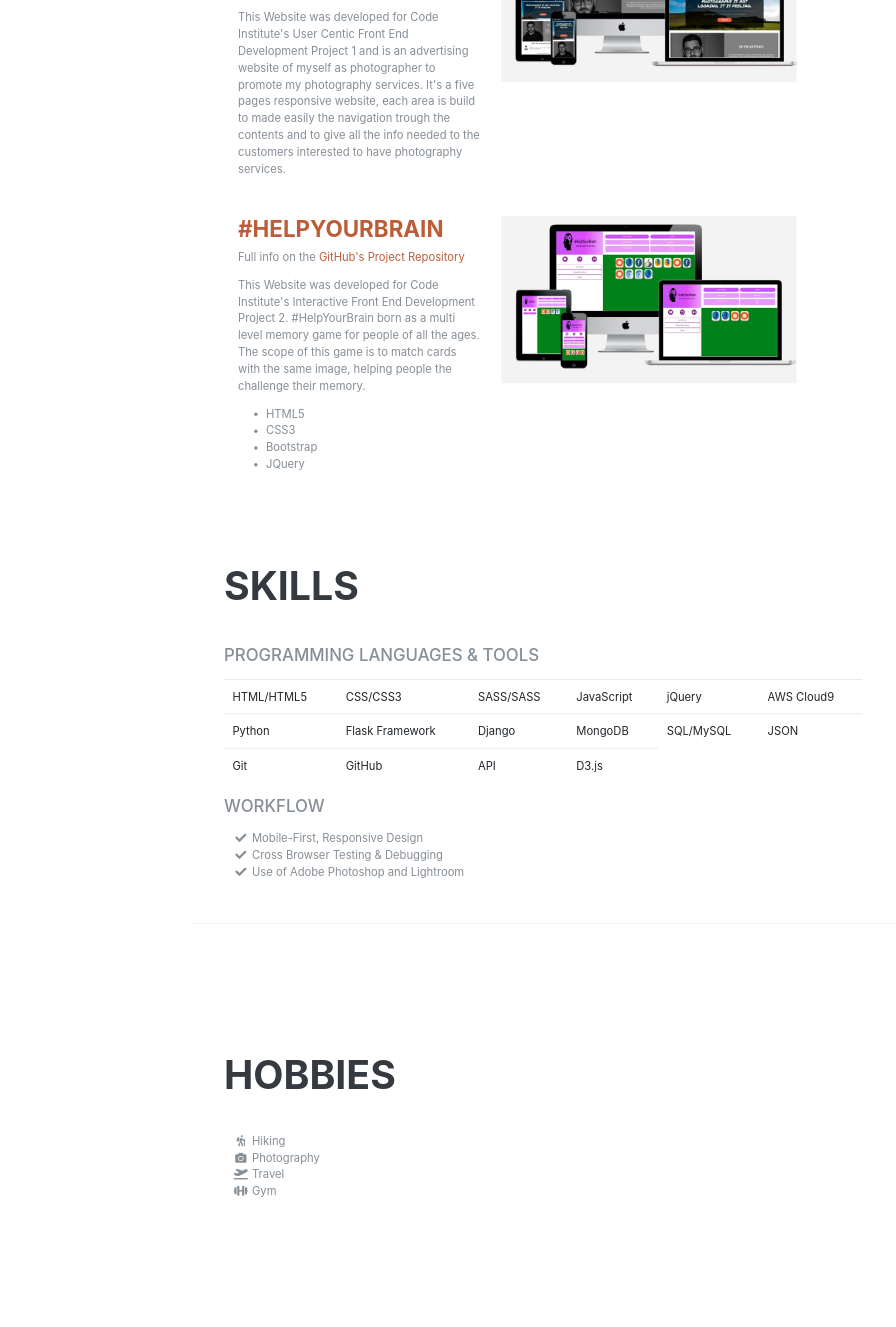
Repository: gello94/antonio_augello_online_Resume
Page: http://localhost/
The author's editor kept a record of every edit. The page is drawn from the files as they stood at one moment, then again after the next edit.
The browser window is 1280 px wide. The pictures show the part of the page from y = 2618 to 4538 px (the page is 4514 px tall before and 4538 px after), at 70% of full size.
Some web fonts or font styles are not loaded; a fallback is used. The page is served by the project's application, run on Flask 3 (run.py). Other server files are loaded and not shown.

Above is the page before.

### templates/index.html
<!DOCTYPE html>
<html lang="en">

<head>

  <meta charset="utf-8">
  <meta name="viewport" content="width=device-width, initial-scale=1, shrink-to-fit=no">
  <meta name="description" content="">
  <meta name="author" content="">

  <title>Resume - Start Bootstrap Theme</title>

  <!-- Bootstrap core CSS -->
  <link href="{{ url_for('static', filename='vendor/bootstrap/css/bootstrap.min.css')}}" rel="stylesheet">

  <!-- Custom fonts for this template -->
  <link href="https://fonts.googleapis.com/css?family=Saira+Extra+Condensed:500,700" rel="stylesheet">
  <link href="https://fonts.googleapis.com/css?family=Muli:400,400i,800,800i" rel="stylesheet">
  <link href="{{ url_for('static', filename='vendor/fontawesome-free/css/all.min.css')}}" rel="stylesheet">

  <!-- Custom styles for this template -->
  <link href="{{ url_for('static', filename='css/resume.min.css')}}" rel="stylesheet">
  <link href="{{ url_for('static', filename='css/main.css')}}" rel="stylesheet">

</head>

<body id="page-top">

  <nav class="navbar navbar-expand-lg navbar-dark bg-primary fixed-top" id="sideNav">
    <a class="navbar-brand js-scroll-trigger" href="#page-top">
      <span class="d-block d-lg-none">Antonio Augello</span>
      <span class="d-none d-lg-block">
        <img class="img-fluid img-profile rounded-circle mx-auto mb-2" src="static/img/img_profile.jpg" alt="Profile Image">
      </span>
    </a>
    <button class="navbar-toggler" type="button" data-toggle="collapse" data-target="#navbarSupportedContent" aria-controls="navbarSupportedContent" aria-expanded="false" aria-label="Toggle navigation">
      <span class="navbar-toggler-icon"></span>
    </button>
    <div class="collapse navbar-collapse" id="navbarSupportedContent">
      <ul class="navbar-nav">
        <li class="nav-item">
          <a class="nav-link js-scroll-trigger" href="#about">About</a>
        </li>

        <li class="nav-item">
          <a class="nav-link js-scroll-trigger" href="#education">Education</a>
        </li>
        <li class="nav-item">
          <a class="nav-link js-scroll-trigger" href="#experience">Experience</a>
        </li>
        <li class="nav-item">
          <a class="nav-link js-scroll-trigger" href="#skills">Skills</a>
        </li>
        <li class="nav-item">
          <a class="nav-link js-scroll-trigger" href="#interests">Interests</a>
        </li>
      </ul>
    </div>
  </nav>

  <div class="container-fluid p-0">

    <!-- Header -->
    <section class="resume-section p-3 p-lg-5 d-flex align-items-center" id="about">
      <div class="w-100">
        <h1 class="mb-0">Antonio
          <span class="text-primary">Augello</span>
        </h1>
        <div class="subheading mb-5">62 Fisherman's Quay, Grove Island, Co. Limerick · (+353) 85285293 ·
          <a href="mailto:name@email.com">toni.gello94@gmail.com</a>
        </div>
        <p class="lead mb-5">Working as a Nurse, currently studying at Code Institute to be a Full Stack Software Web Developer, passionate about Web Software Development and UX/UI. Photographer as hobbyist with Knowledge of Adobe Photoshop and Adobe Lightroom. My actual
          goal is to be a Full Stack Wed Developer following my passion that i grow since I was a kid</p>
        <div class="social-icons">
          <a href="https://www.linkedin.com/in/antonio-augello-aba83911a/">
            <i class="fab fa-linkedin-in"></i>
          </a>
          <a href="https://github.com/gello94">
            <i class="fab fa-github"></i>
          </a>
        </div>
      </div>
    </section>
    <!-- /Header -->

    <hr class="m-0">

    <!-- Education Section -->
    <section class="resume-section p-3 p-lg-5 d-flex align-items-center" id="education">
      <div class="w-100">
        <h2 class="mb-5">Education</h2>

        <div class="resume-item d-flex flex-column flex-md-row justify-content-between mb-5">
          <div class="resume-content">
            <h3 class="mb-0">Code Institute</h3>
            <div class="subheading mb-3">Full Stack Diploma in Software Development</div>
            <div>Modules: </div>
            <p>HTML Fundamentals ~ CSS Fundamentals~ JavaScript Fundamentals ~ Python Fundamentals ~Practical Python ~User Centric Frontend Development~ Interactive Centric Frontend Development </p>
          </div>
          <div class="resume-date text-md-right">
            <span class="text-primary">August 2018 - Present</span>
          </div>
        </div>

        <div class="resume-item d-flex flex-column flex-md-row justify-content-between">
          <div class="resume-content">
            <h3 class="mb-0">University of Studies "G. D'Annunzio" of Chieti</h3>
            <div class="subheading mb-3">Nursing Degree </div>
          </div>
          <div class="resume-date text-md-right">
            <span class="text-primary">September 2013 - July 2016</span>
          </div>
        </div>
      </div>
    </section>
    <!-- /Education Section -->

    <hr class="m-0">

    <!-- Experience Section -->
    <section class="resume-section p-3 p-lg-5 d-flex justify-content-center" id="experience">
      <div class="w-100">
        <h2 class="mb-5">Experience</h2>

        <div class="resume-item d-flex flex-column flex-md-row justify-content-between mb-5">
          <div class="resume-content">
            <h3 class="mb-0">HDU Staff Nurse </h3>
            <div class="subheading mb-3">High Dependency Unit - University Hospital Limerick </div>
            <div>Main Role and Responsibilities: </div>
            <ul>
              <li>Maintain the prepared standard protocol of asepsis strictly.</li>
              <li>Check all electrical points, pipe line 02, in built suckers for proper working condition. </li>
              <li>Communicate with concerned person for proper maintenance of unit. </li>
              <li>Prepare the drugs, crash trolley, etc. properly. </li>
              <li>Check Oxygen, Carbon dioxide, Nitrous Oxide etc. for proper use. </li>
              <li>Check monitor, ventilator, all life saving gadgets for proper working condition. </li>
              <li>Provide special care to the patient guided by the Medical Officer e.g. endo-trachial suction. </li>
            </ul>

          </div>
          <div class="resume-date text-md-right">
            <span class="text-primary">June 2017 - January 2019</span>
          </div>
        </div>

        <div class="resume-item d-flex flex-column flex-md-row justify-content-between mb-5">
          <div class="resume-content">
            <h3 class="mb-0">Orthopedic Staff Nurse </h3>
            <div class="subheading mb-3">Croom Hospital - University Hospital Limerick </div>
            <div>Main Role and Responsibilities: </div>
            <ul>
              <li>Manage post operative pain and surgical site.</li>
              <li>Assess patient's condition and monitor post-surgical recover. </li>
              <li>Implement post-surgical treatment plan and provide detailed report to medical/ nurse for patient transfer/admission. </li>
              <li>Identify/Initiate emergent situations and procedures. </li>
              <li>Provide patient care according to the hospital processes, policies and procedures. </li>
              <li> Recognize clinical abnormalities then communicated with anesthesiologist in reference to diagnosing and treating of clinical problems. </li>
              <li> Ensure care provided is in accordance with standards established by the HSE, NMBI, HIQA, and other regulatory agencies. </li>
              <li>Provide acute care for post-operative patients recovering from anesthesia in POCU.</li>
              <li>Educate and support patient and family on care of patient.</li>
            </ul>

          </div>
          <div class="resume-date text-md-right">
            <span class="text-primary">January 2019 - Present</span>
          </div>
        </div>

      </div>

    </section>
    <!-- /Experience Section -->

    <hr class="m-0">

    <!-- Portfolio Section -->
    <section class="resume-section p-3 p-lg-5 d-flex align-items-center" id="skills">
      <div class="w-100">
        <h2 class="mb-5">Portfolio</h2>

        <!-- Portfolio Grid Items -->
        <div class="row">

          <!--Portfolio 1-->
          <div class="portfolio-section">
            <div class="col-12">
              <div class="row">
                <div class="col-xs-12 col-md-5">
                  <div class="portfolio-head">
                    <h3><a href="https://gello94.github.io/first-milestone-antonio/" target="_blank">Augello PhotoWorld</a></h3>
                  </div>
                  <div class="info_project">
                    <p>Full info on the <a href="https://github.com/gello94/first-milestone-antonio">GitHub's Project Repository</a></p>
                    <p>This Website was developed for Code Institute's User Centic Front End Development Project 1 and is an advertising website of myself as photographer to promote my photography services. It's a five pages responsive website, each area
                      is build to made easily the navigation trough the contents and to give all the info needed to the customers interested to have photography services.
                    </p>
                  </div>
                </div>
                <div class="col-xs-12 col-md-7">
                  <div class="Portfolio-body">
                    <img class="img-fluid img_portfolio" src="static/img/project1.jpg" alt="Project 1">
                  </div>
                </div>
              </div>
            </div>
          </div>

          <hr class="m-0">

          <!--Portfolio 2-->
          <div class="portfolio-section">
            <div class="col-12">
              <div class="row">
                <div class="col-xs-12 col-md-5">
                  <div class="portfolio-head">
                    <h3><a href="https://gello94.github.io/second-milestone-antonio/" target="_blank">#HELPYOURBRAIN</a></h3>
                  </div>
                  <div class="info_project">
                    <p>Full info on the <a href="https://github.com/gello94/second-milestone-antonio">GitHub's Project Repository</a></p>
                    <p>This Website was developed for Code Institute's Interactive Front End Development Project 2. #HelpYourBrain born as a multi level memory game for people of all the ages. The scope of this game is to match cards with the same image,
                      helping people the challenge their memory.</p>
                    <div class="list_technologies">
                      <ul>
                        <li>HTML5</li>
                        <li>CSS3</li>
                        <li>Bootstrap</li>
                        <li>JQuery</li>
                      </ul>
                    </div>
                  </div>
                </div>
                <div class="col-xs-12 col-md-7">
                  <div class="Portfolio-body">
                    <img class="img-fluid img_portfolio" src="static/img/project2.jpg" alt="Project 1">
                  </div>
                </div>
              </div>

            </div>
          </div>

          <!-- /.row -->

        </div>
    </section>


    <!-- Skills Section -->
    <section class="resume-section p-3 p-lg-5 d-flex align-items-center" id="skills">
      <div class="w-100">
        <h2 class="mb-5">Skills</h2>

        <div class="subheading mb-3">Programming Languages &amp; Tools</div>
        <table class="table">
          <thead>

          </thead>
          <tbody>
            <tr>
              <td>HTML/HTML5</td>
              <td>CSS/CSS3</td>
              <td>SASS/SASS</td>
              <td>JavaScript</td>
              <td>jQuery</td>
              <td>AWS Cloud9</td>
            </tr>
            <tr>
              <td>Python</td>
              <td>Flask Framework</td>
              <td>Django</td>
              <td>MongoDB</td>
              <td>SQL/MySQL</td>
              <td>JSON</td>
            </tr>
            <tr>
              <td>Git</td>
              <td>GitHub</td>
              <td>API</td>
              <td>D3.js</td>
            </tr>
          </tbody>
        </table>
        </ul>

        <div class="subheading mb-3">Workflow</div>
        <ul class="fa-ul mb-0">
          <li>
            <i class="fa-li fa fa-check"></i> Mobile-First, Responsive Design</li>
          <li>
            <i class="fa-li fa fa-check"></i> Cross Browser Testing &amp; Debugging</li>
          <li>
            <i class="fa-li fa fa-check"></i> Use of Adobe Photoshop and Lightroom</li>
        </ul>
      </div>

    </section>

    <hr class="m-0">

    <!-- Hobbies Section -->
    <section class="resume-section p-3 p-lg-5 d-flex align-items-center" id="interests">
      <div class="w-100">
        <h2 class="mb-5">Hobbies</h2>
        <div class="subheading mb-3"></div>
        <ul class="fa-ul mb-0">
          <li>
            <i class="fa-li fa fa-hiking"></i> Hiking
          </li>
          <li>
            <i class="fa-li fa fa-camera"></i> Photography
          </li>
          <li>
            <i class="fa-li fa fa-plane-departure"></i> Travel
          </li>
          <li>
            <i class="fa-li fa fa-dumbbell"></i> Gym </li>
        </ul>
      </div>
    </section>
    <!-- /Hobbies Section -->

    </div>

    <!-- Bootstrap core JavaScript -->
    <script src="{{ url_for('static', filename='vendor/jquery/jquery.min.js')}}"></script>
    <script src="{{ url_for('static', filename='vendor/bootstrap/js/bootstrap.bundle.min.js')}}"></script>

    <!-- Plugin JavaScript -->
    <script src="{{ url_for('static', filename='vendor/jquery-easing/jquery.easing.min.js')}}"></script>

    <!-- Custom scripts for this template -->
    <script src="{{ url_for('static', filename='js/resume.min.js')}}"></script>

</body>

</html>

### run.py
import os
from flask import Flask, render_template

app = Flask(__name__)
app.secret_key = "some_secret"

@app.route('/')
def index():
    return render_template("index.html")


if __name__ == '__main__':
    app.run(host=os.environ.get('IP'),
            port=int(os.environ.get("PORT")),
            debug=True)

### static/css/main.css
#sideNav .navbar-brand .img-profile {
    border: 0px;
}

#sideNav .navbar-brand .img-profile:hover:active {

    -ms-transform: scale(1.5, 1.5);
    /* IE 9 */
    -webkit-transform: scale(1.5, 1.5);
    /* Safari 3-8 */
    transform: scale(1.5, 1.5);
    margin-bottom: 15px;
}

@media (min-width: 992px) {
    #sideNav .navbar-brand {

        padding-bottom: 1.5rem;
    }
}

.d-block .d-lg-none {
    padding-bottom: 15px;
}

.bg-primary {
    background-color: #ea5914!important;
}

.text-primary {
    color: #ea5914!important;
}

@media (min-width: 768px) {
    section.resume-section {
        min-height: 80vh!important;
    }
}

@media (min-width: 992px) {
    section.resume-section {
        padding-top: 2rem!important;
        padding-bottom: 2rem!important;
    }
}

.img_portfolio {
    height: auto;
    max-height: 85%;
    width: auto;
    max-width: 85%;
}

.portfolio-section {
    padding: 20px;
    width: 100%;
}

Loaded but not shown: static/css/resume.min.css (library); static/js/resume.min.js (common file)

After the next edit:
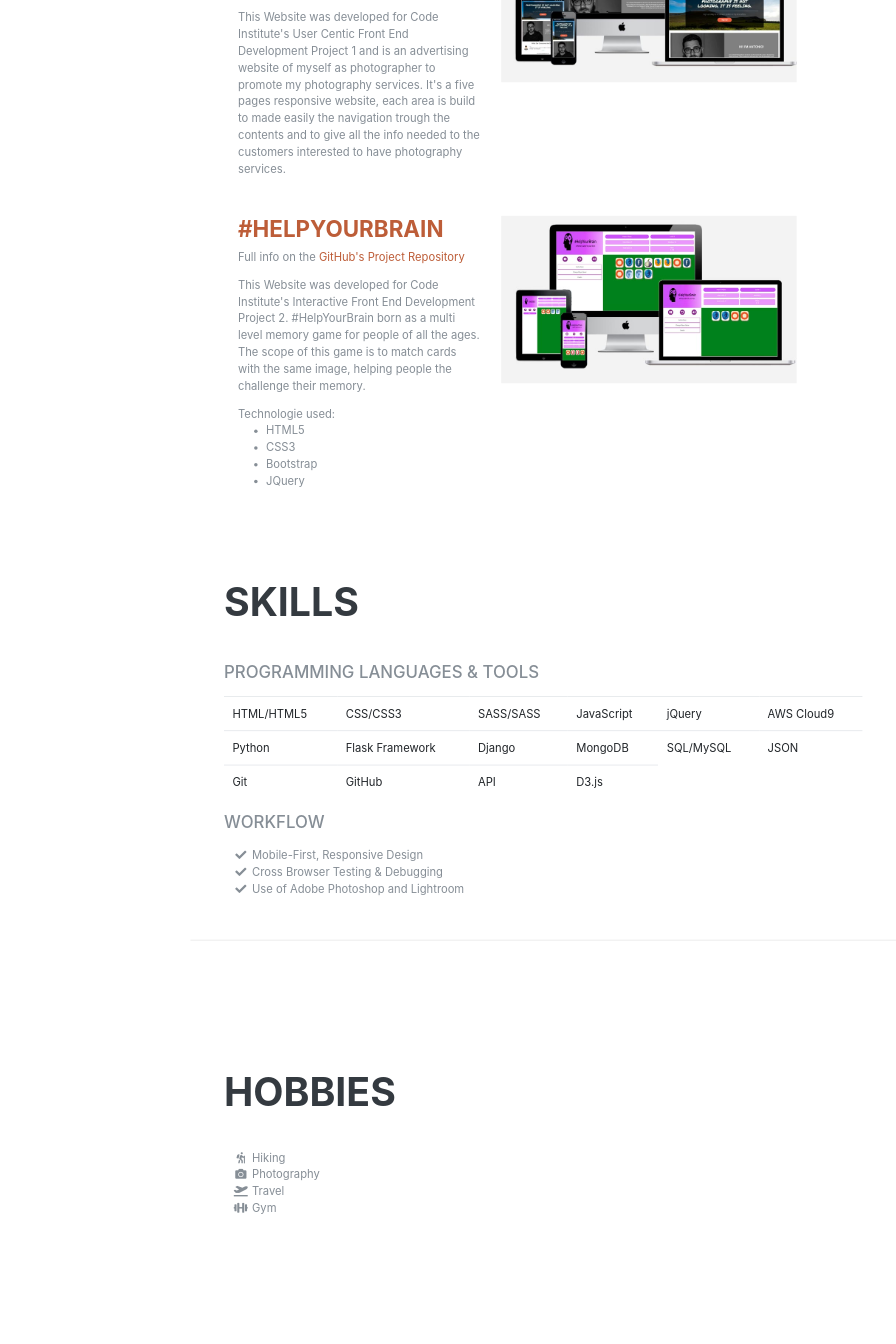
The edit:
--- a/templates/index.html
+++ b/templates/index.html
@@ -220,6 +220,7 @@
                     <p>This Website was developed for Code Institute's Interactive Front End Development Project 2. #HelpYourBrain born as a multi level memory game for people of all the ages. The scope of this game is to match cards with the same image,
                       helping people the challenge their memory.</p>
                     <div class="list_technologies">
+                      <div>Technologie used:</div>
                       <ul>
                         <li>HTML5</li>
                         <li>CSS3</li>
